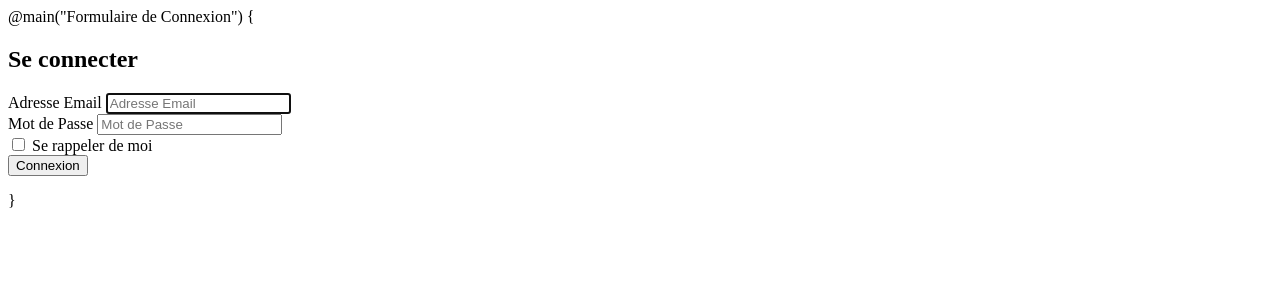
Repository: spirale-software/labo_master
Page: Application/oneDotCom/app/views/formulaireDeConnexion.scala.html
These files come from the project's save history. The page is drawn as it stood at one moment and after the next save; the edit follows.
The browser window is 1280 px wide. The pictures show the whole page.

Above is the page before, as saved 2017-03-24 22:12:29.

### Application/oneDotCom/app/views/formulaireDeConnexion.scala.html
@main("Formulaire de Connexion") {

	<div class="container form-connection">

	    <form class="form-signin">
	        <h2 class="form-signin-heading">Se connecter</h2>
	        <label for="inputEmail" class="sr-only">Adresse Email</label>
	        <input type="email" id="inputEmail" class="form-control" placeholder="Adresse Email" required autofocus> <br>
	        <label for="inputPassword" class="sr-only">Mot de Passe</label>
	        <input type="password" id="inputPassword" class="form-control" placeholder="Mot de Passe" required>
	        <div class="checkbox">
	            <label>
	                <input type="checkbox" value="remember-me"> Se rappeler de moi
	            </label>
	        </div>
	        <button class="btn btn-lg btn-success btn-block" type="submit">Connexion</button>
	    </form>

	</div> <!-- /container -->
}

After the next save:
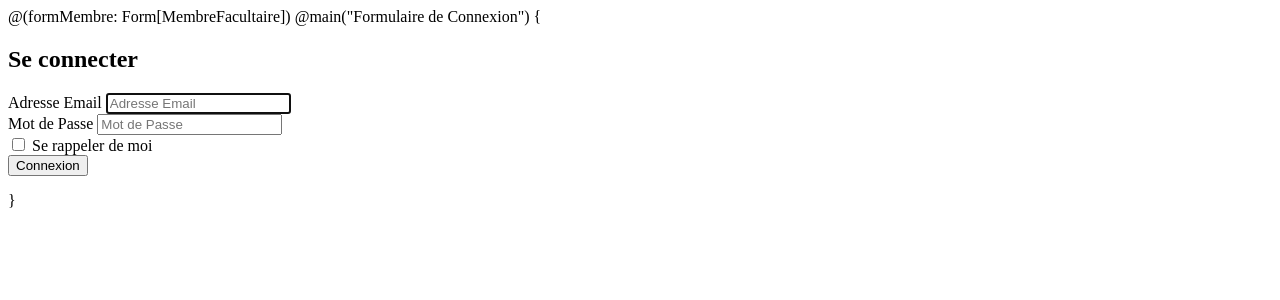
Saved 70 s later.
--- a/Application/oneDotCom/app/views/formulaireDeConnexion.scala.html
+++ b/Application/oneDotCom/app/views/formulaireDeConnexion.scala.html
@@ -1,3 +1,4 @@
+@(formMembre: Form[MembreFacultaire])
 @main("Formulaire de Connexion") {
 
 	<div class="container form-connection">
